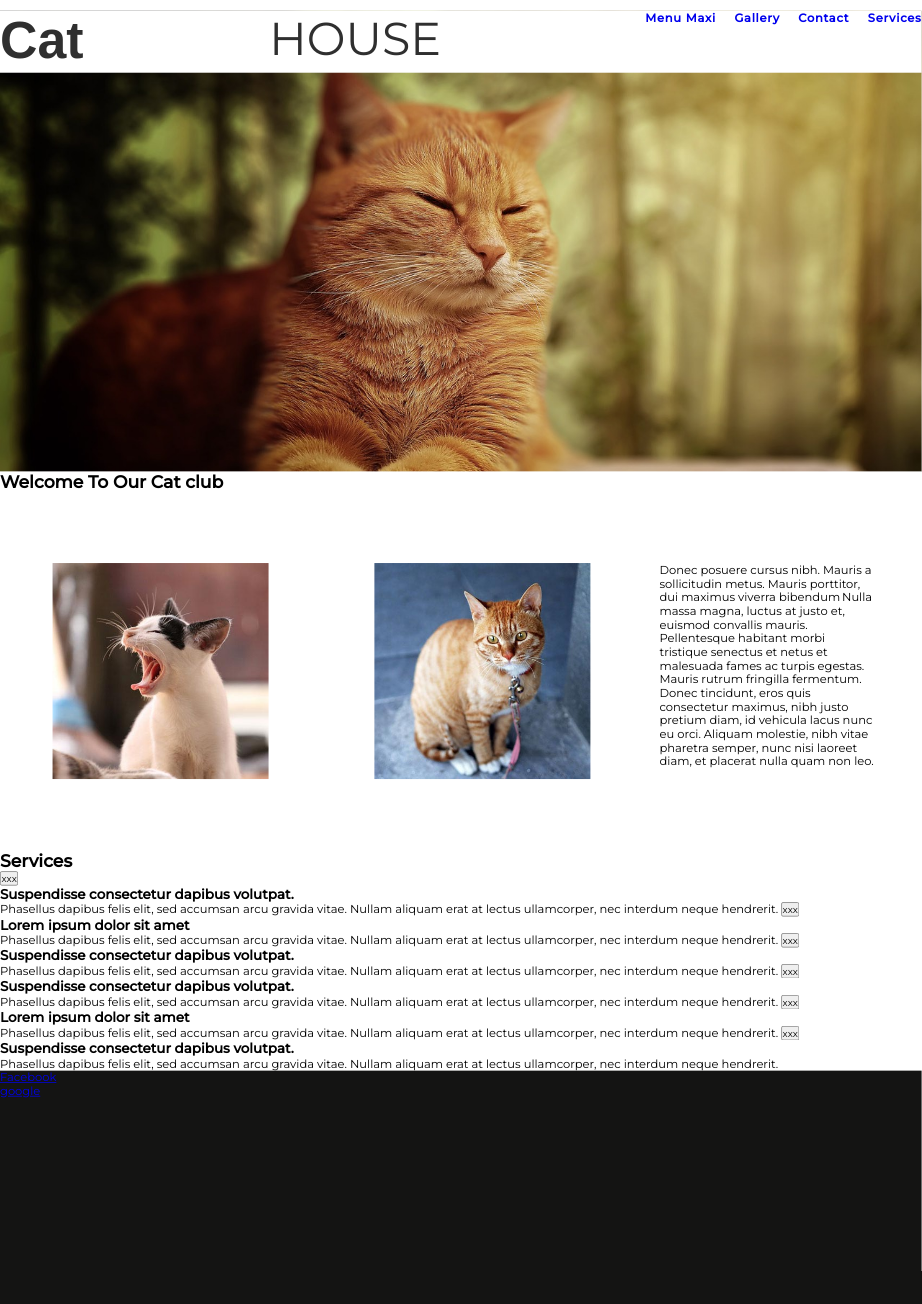
Repository: raul4264/final
Page: index.html
These files come from the project's save history. The page is drawn as it stood at one moment and after the next save; the edit follows.
The browser window is 1280 px wide. The pictures show the whole page, at 72% of full size.

Above is the page before, as saved 2021-03-18 12:44:15.

### index.html
<!DOCTYPE html>
<html lang="en">

<head>
    <meta charset="UTF-8" />
    <meta http-equiv="X-UA-Compatible" content="IE=edge" />
    <meta name="viewport" content="width=device-width, initial-scale=1.0" />
    <title>Cat House/Raul Novas</title>
    <link href="css/estilos.css" rel="stylesheet" type="text/css" />
</head>

<body>

    <header>
        <div class="banner">


            <nav>
                <span class="item1">Cat</span><span class="item2"> HOUSE</span>


                <ul class="flex-container">
                    <li class="item3"><a href="menu_maxi.html">Menu Maxi</a></li>
                    <li class="item4"><a href="Gallery.html">Gallery</a></li>
                    <li class="item5"><a href="Contact.html">Contact</a></li>
                    <li class="item6"><a href="Services.html ">Services</a></li>
                </ul>
            </nav>
        </div>

    </header>


    <main>
        <section>
            <h2>Welcome To Our Cat club</h2>
            <div class="caja ">

                <div class="container1 ">
                    <img src="images/2.jpg " alt="imagen2 " />
                </div>

                <div class="container2 ">
                    <img src="images/3.jpg " alt="imagen3 " />
                </div>

                <span class="container3 ">
                    <span>Donec posuere cursus nibh. Mauris a sollicitudin metus. Mauris porttitor, dui maximus viverra
                        bibendum</span>
                    <span>Nulla massa magna, luctus at justo et, euismod convallis mauris. Pellentesque habitant morbi
                        tristique senectus et netus et malesuada fames ac turpis egestas. Mauris rutrum fringilla
                        fermentum.</span>
                    <span>Donec tincidunt, eros quis consectetur maximus, nibh justo pretium diam, id vehicula lacus
                        nunc eu orci. Aliquam molestie, nibh vitae pharetra semper, nunc nisi laoreet diam, et placerat
                        nulla quam non leo.</span>
                </span>
            </div>
        </section>
        <h3>
            <h2>Services</h2>
            <button>xxx</button>
            <h3>Suspendisse consectetur dapibus volutpat.</h3>
            <span>
                Phasellus dapibus felis elit, sed accumsan arcu gravida vitae. Nullam aliquam erat at lectus
                ullamcorper, nec interdum neque hendrerit.</span>
            <button>xxx</button>
            <h3>Lorem ipsum dolor sit amet</h3>
            <span>Phasellus dapibus felis elit, sed accumsan arcu gravida vitae. Nullam aliquam erat at lectus
                ullamcorper,
                nec interdum neque hendrerit.</span>
            <button>xxx</button>
            <h3>Suspendisse consectetur dapibus volutpat.</h3>
            <span>
                Phasellus dapibus felis elit, sed accumsan arcu gravida vitae. Nullam aliquam erat at lectus
                ullamcorper, nec interdum neque hendrerit.</span>
            <button>xxx</button>
            <h3>Suspendisse consectetur dapibus volutpat.</h3>
            <span>

                Phasellus dapibus felis elit, sed accumsan arcu gravida vitae. Nullam aliquam erat at lectus
                ullamcorper, nec interdum neque hendrerit.
            </span>
            <button>xxx</button>
            <h3>Lorem ipsum dolor sit amet
            </h3>
            <span>Phasellus dapibus felis elit, sed accumsan arcu gravida vitae. Nullam aliquam erat at lectus
                ullamcorper, nec interdum neque hendrerit.</span>
            <button>xxx</button>
            <h3>Suspendisse consectetur dapibus volutpat.</h3>
            <span>Phasellus dapibus felis elit, sed accumsan arcu gravida vitae. Nullam aliquam erat at lectus
                ullamcorper, nec interdum neque hendrerit.</span>
            </section>
    </main>
    <footer>
        <ol>
            <li>
                <a href="http://www.facebook.com " target="blanck ">Facebook</a>
            </li>
            <li><a href="http://www.google.com " target="blanck ">google</a></li>
        </ol>
    </footer>





</body>

</html>

### css/estilos.css
@import url('https://fonts.googleapis.com/css2?family=Montserrat:wght@400;500&display=swap');
@import url('https://fonts.googleapis.com/css2?family=Montserrat:wght@400;500&family=Poppins:wght@300&display=swap');
* {
    font-family: 'Montserrat', sans-serif;
    margin: 0 auto;
    padding: 0;
}

.banner {
    background: url(../images/1.jpg) no-repeat 0px 0px;
    background-size: cover;
    padding: 0em 0 4em;
    height: 80vh;
}

nav {
    display: flex;
    flex-direction: row;
    justify-content: space-between;
    height: 12vh;
    background-color: #ffffff;
    margin-top: 15px;
}

nav ul {
    display: flex;
}

nav ul li {
    display: flex;
    list-style: none;
}

nav ul li a {
    text-decoration: none;
}


/*---------------------------------------------------------*/

.item1 {
    color: #2f2f2f;
    font-size: 4.5em;
    font-weight: 700;
    flex-grow: 2;
    font-family: 'Raleway', sans-serif;
}

.item2 {
    color: #2f2f2f;
    font-weight: 300;
    font-size: 4em;
    flex-grow: 2;
}

.item3 {
    color: #2f2f2f !important;
    font-size: 1em;

    text-decoration: none;
    margin-left: 2vw;

    font-weight: 600;
    font-family: 'Roboto Condensed', sans-serif;
    letter-spacing: 1px;
    flex-grow: 2;

}

.item4 {
    color: #2f2f2f !important;
    font-size: 1em;

    text-decoration: none;
    padding: 0;
    font-weight: 600;
    font-family: 'Roboto Condensed', sans-serif;
    letter-spacing: 1px;
    flex-grow: 2;
    margin-left: 2vw;
}

.item5 {
    color: #2f2f2f !important;
    font-size: 1em;
    margin: 0;
    text-decoration: none;

    font-weight: 600;
    font-family: 'Roboto Condensed', sans-serif;
    letter-spacing: 1px;
    flex-grow: 1;
    margin-left: 2vw;
}

.item6 {
    color: #2f2f2f !important;
    font-size: 1em;

    text-decoration: none;
    padding: 0;
    font-weight: 600;
    font-family: 'Roboto Condensed', sans-serif;
    letter-spacing: 1px;
    flex-grow: 1;
    margin-left: 2vw;
}

.imagen {
    width: 100vw;
    z-index: 100;
    position: absolute;
    display: flex;
}

.imagen img {
    background-repeat: no-repeat;
    background-size: cover;
    width: 100vw;
    z-index: 100;
    bottom: 130px;

}



h2{
    background-color: #ffffff;
}
.caja {
    background-color: #ffffff;
    display: flex;
    height: 69vh;
    flex-direction: row;
    justify-content: space-around;
    align-items: center;
    overflow: ;
}
h1 {
    margin-left: 20vw;
}
.container1 {
    width: 400px;
    height: 300px;

}
.container2 {
    width: 400px;
    height: 300px;


}
img {
    width: 100%;
    height: 100%;
    object-fit: contain;
}
.container3 {
    width: 300px;
    height: 300px;
    margin-right: 5vw;
    font-size: 10px
}
.container3 span{
   font-size: medium;
}

section #section {
    width: 100vw;
    height: 70vh;
    background-color: darkorange;
    position: absolute;
    top: 139vh;
}

footer {

    height: 45vh;
    background-color: rgb(20, 20, 19);

    top: 249vh;
}

After the next save:
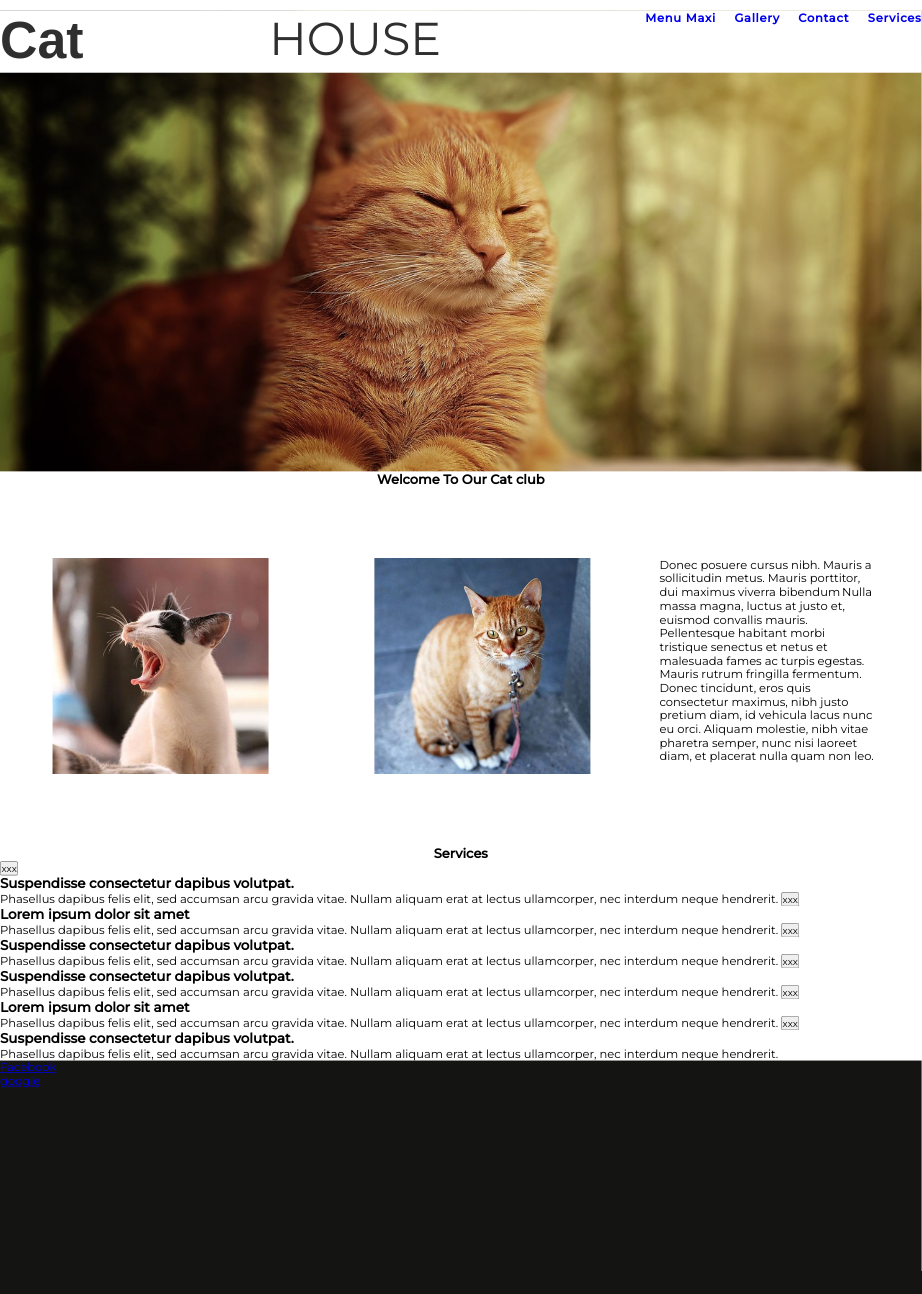
Saved 46 s later.
--- a/css/estilos.css
+++ b/css/estilos.css
@@ -126,6 +126,8 @@ nav ul li a {
 
 h2{
     background-color: #ffffff;
+    text-align: center;
+    font-size: large;
 }
 .caja {
     background-color: #ffffff;

After the save that followed:
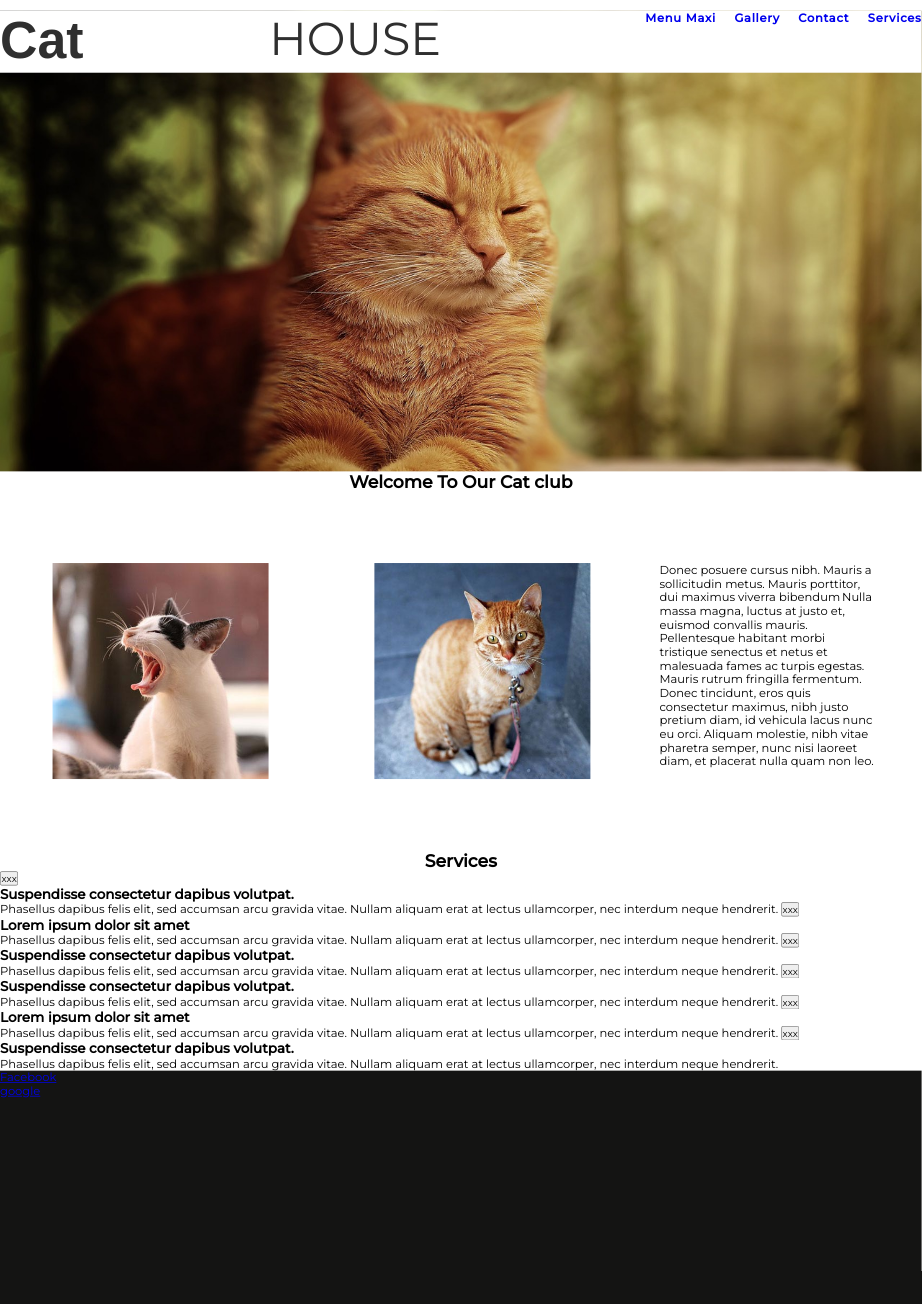
Saved 20 s later.
--- a/css/estilos.css
+++ b/css/estilos.css
@@ -127,7 +127,7 @@ nav ul li a {
 h2{
     background-color: #ffffff;
     text-align: center;
-    font-size: large;
+    font-siz20em
 }
 .caja {
     background-color: #ffffff;
